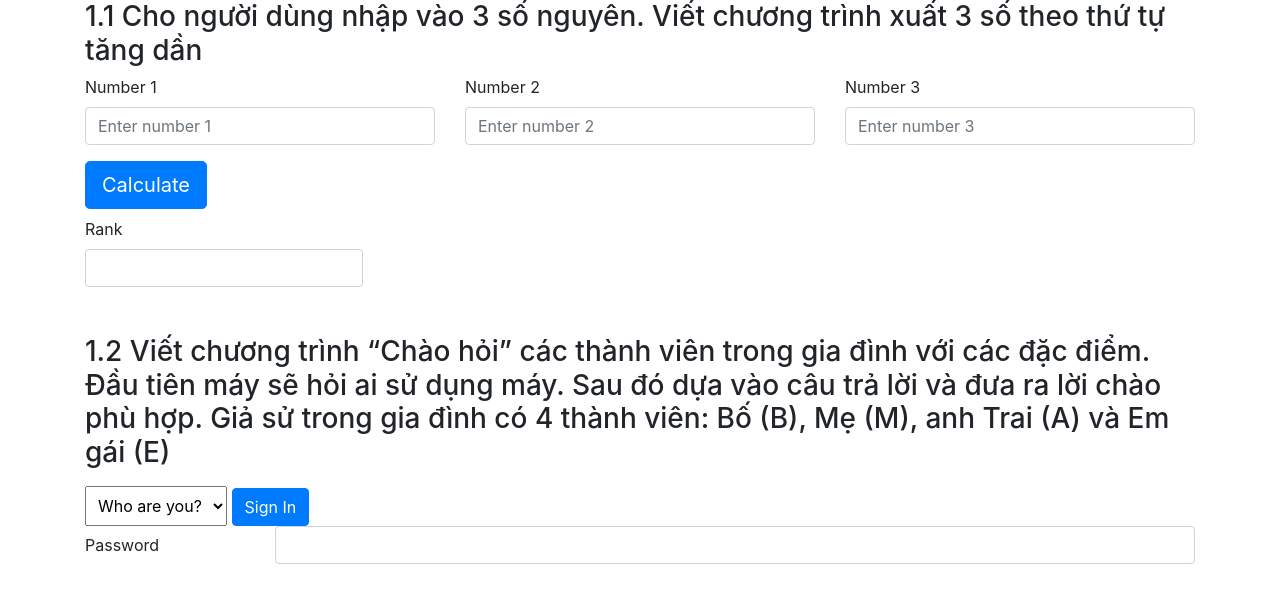
Repository: baobaodeveloper/bootscamp21__jsbasic__HuynhAnhBao
Page: index.html
The author's editor kept a copy of each file at every save. The page is drawn from the files as they stood at one save, then again after the next save.
The browser window is 1280 px wide. The pictures show the whole page.

Above is the page before, as saved 2022-03-10 18:33:31.

### index.html
<!DOCTYPE html>
<html lang="en">
  <head>
    <title>javaScript basic</title>
    <!-- Required meta tags -->
    <meta charset="utf-8" />
    <meta
      name="viewport"
      content="width=device-width, initial-scale=1, shrink-to-fit=no"
    />

    <!-- Bootstrap CSS -->
    <link
      rel="stylesheet"
      href="https://stackpath.bootstrapcdn.com/bootstrap/4.3.1/css/bootstrap.min.css"
      integrity="sha384-ggOyR0iXCbMQv3Xipma34MD+dH/1fQ784/j6cY/iJTQUOhcWr7x9JvoRxT2MZw1T"
      crossorigin="anonymous"
    />
  </head>
  <body>
    <!-- Cho người dùng nhập vào 3 số nguyên. Viết chương trình xuất 3 số theo thứ tự tăng dần -->
    <div class="container mb-xl-5">
      <h3>
        1.1 Cho người dùng nhập vào 3 số nguyên. Viết chương trình xuất 3 số
        theo thứ tự tăng dần
      </h3>

      <div class="row">
        <div class="col">
          <label class="form-label">Number 1</label>
          <input
            type="text"
            class="form-control num1"
            placeholder="Enter number 1"
          />
        </div>
        <div class="col">
          <label class="form-label">Number 2</label>
          <input
            type="number"
            class="form-control num2"
            placeholder="Enter number 2"
          />
        </div>
        <div class="col">
          <label class="form-label">Number 3</label>
          <input
            type="number"
            class="form-control num3"
            placeholder="Enter number 3"
          />
        </div>
      </div>

      <button type="button " class="btn btn-primary btn-lg mt-3 mb-2 btn-rank">
        Calculate
      </button>

      <div class="mt-3 m-auto">
        <label class="form-label">Rank</label>
        <input type="text" class="form-control w-25 result1" />
      </div>
    </div>

    <!-- Viết chương trình “Chào hỏi” các thành viên trong gia đình với các đặc điểm. Đầu tiên máy
    sẽ hỏi ai sử dụng máy. Sau đó dựa vào câu trả lời và đưa ra lời chào phù hợp. Giả sử trong
    gia đình có 4 thành viên: Bố (B), Mẹ (M), anh Trai (A) và Em gái (E) -->
    <div class="container">
      <h3 class="mb-3">
        1.2 Viết chương trình “Chào hỏi” các thành viên trong gia đình với các
        đặc điểm. Đầu tiên máy sẽ hỏi ai sử dụng máy. Sau đó dựa vào câu trả lời
        và đưa ra lời chào phù hợp. Giả sử trong gia đình có 4 thành viên: Bố
        (B), Mẹ (M), anh Trai (A) và Em gái (E)
      </h3>

      <select class="form-select p-2" aria-label="Default select example">
        <option selected>Who are you?</option>
        <option value="M">M</option>
        <option value="B">B</option>
        <option value="A">A</option>
        <option value="E">E</option>
      </select>

      <button type="button" class="btn btn-primary">Sign In</button>

      <div class="mb-3 row">
        <label for="inputPassword" class="col-sm-2 col-form-label"
          >Password</label
        >
        <div class="col-sm-10">
          <input type="password" class="form-control" id="inputPassword" />
        </div>
      </div>
    </div>
    <!-- Optional JavaScript -->
    <!-- jQuery first, then Popper.js, then Bootstrap JS -->
    <script
      src="https://code.jquery.com/jquery-3.3.1.slim.min.js"
      integrity="sha384-q8i/X+965DzO0rT7abK41JStQIAqVgRVzpbzo5smXKp4YfRvH+8abtTE1Pi6jizo"
      crossorigin="anonymous"
    ></script>
    <script
      src="https://cdnjs.cloudflare.com/ajax/libs/popper.js/1.14.7/umd/popper.min.js"
      integrity="sha384-UO2eT0CpHqdSJQ6hJty5KVphtPhzWj9WO1clHTMGa3JDZwrnQq4sF86dIHNDz0W1"
      crossorigin="anonymous"
    ></script>
    <script
      src="https://stackpath.bootstrapcdn.com/bootstrap/4.3.1/js/bootstrap.min.js"
      integrity="sha384-JjSmVgyd0p3pXB1rRibZUAYoIIy6OrQ6VrjIEaFf/nJGzIxFDsf4x0xIM+B07jRM"
      crossorigin="anonymous"
    ></script>

    <!-- <script src="exercise1.js"></script> -->
    <script src="exercise2.js"></script>
  </body>
</html>

Loaded but not shown: exercise2.js (no stored copy; drawn as an empty file)

After the next save:
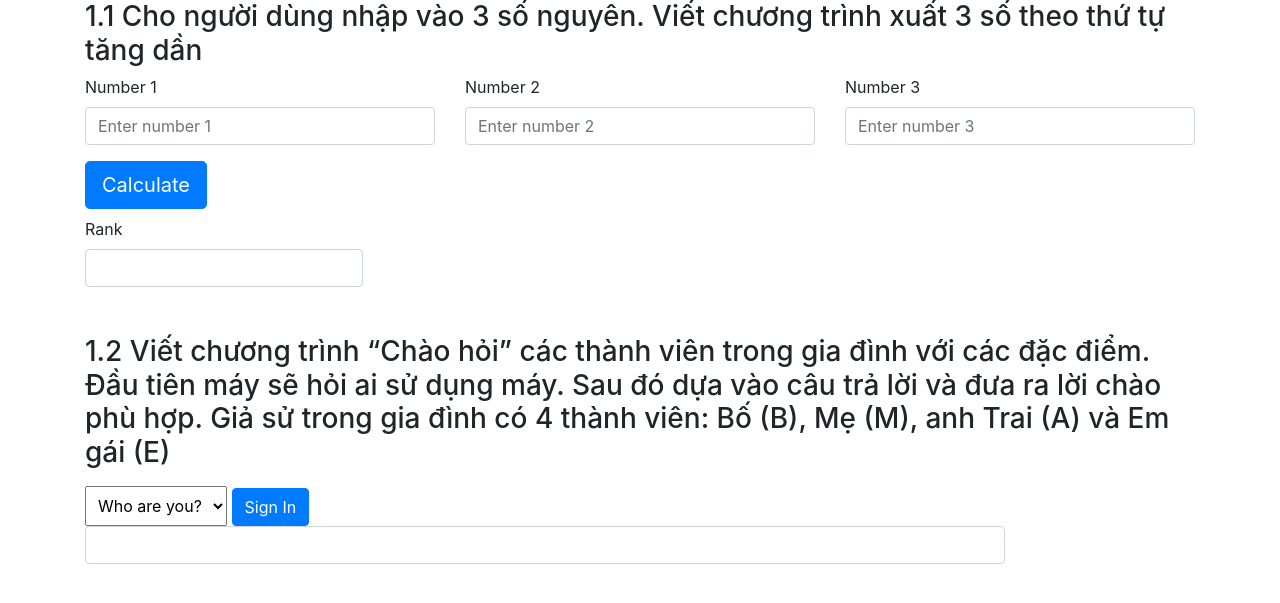
Saved 63 s later.
--- a/index.html
+++ b/index.html
@@ -84,9 +84,6 @@
       <button type="button" class="btn btn-primary">Sign In</button>
 
       <div class="mb-3 row">
-        <label for="inputPassword" class="col-sm-2 col-form-label"
-          >Password</label
-        >
         <div class="col-sm-10">
           <input type="password" class="form-control" id="inputPassword" />
         </div>
